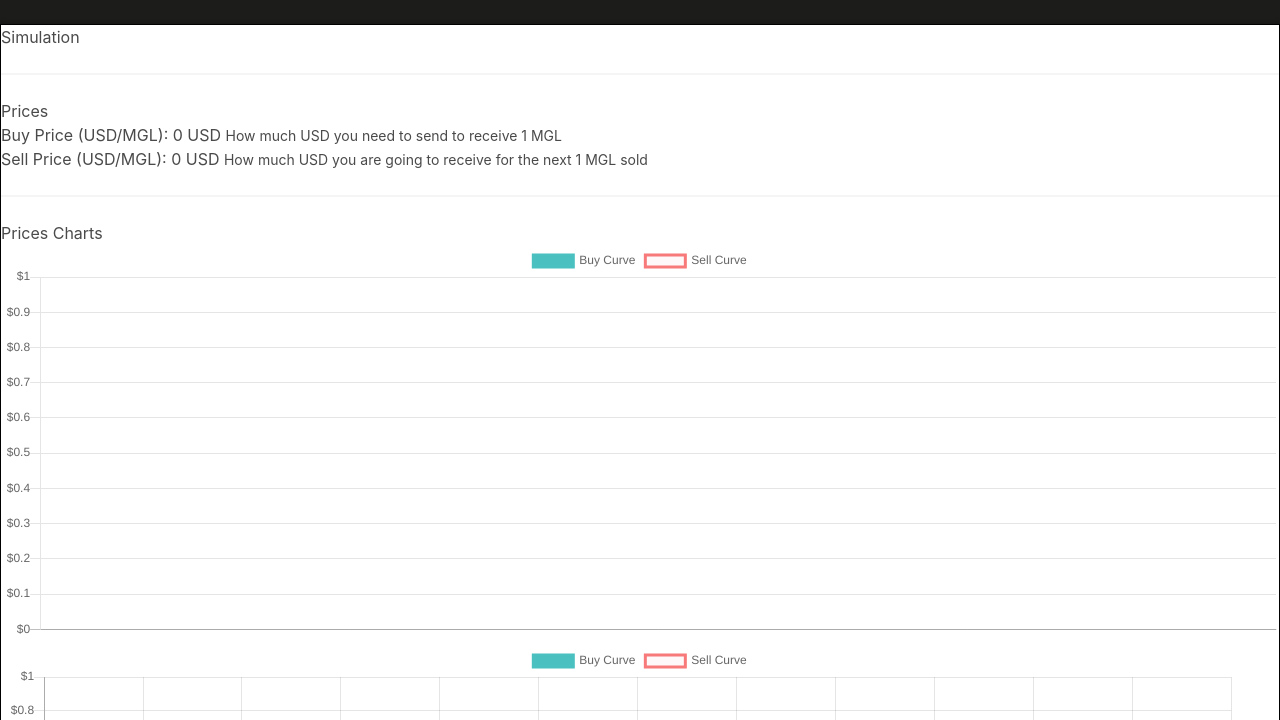
Repository: Fletch153/mogul-simulator
Page: /
An editor plug-in stored every save of this project. The page is shown before and after the next save, followed by the edit.
The browser window is 1280 px wide. The pictures show the whole page.
The project was rebuilt for these pictures with package versions that can differ from the ones it lists, and the page was loaded fresh each time.

Above is the page before, as saved 2019-11-27 11:07:37.

After the next save:
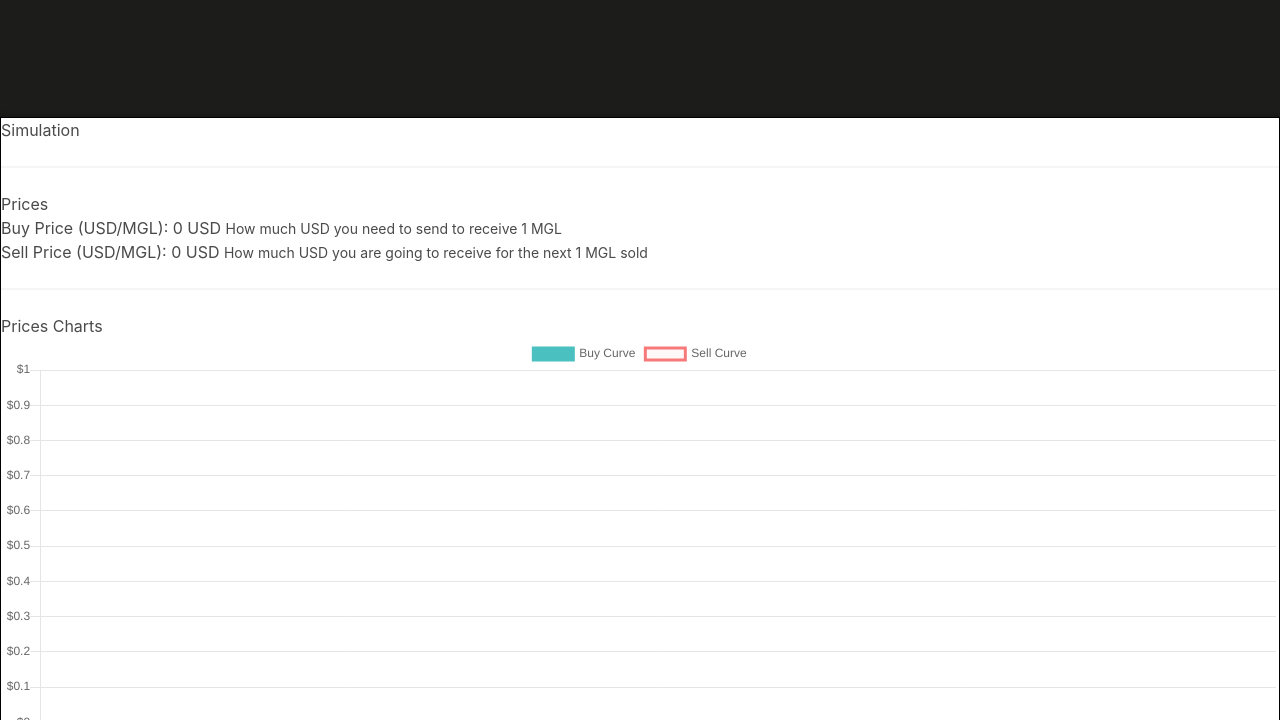
Saved 58 s later.
--- a/src/components/Simulator.vue
+++ b/src/components/Simulator.vue
@@ -745,6 +745,9 @@ export default Vue.extend({
 
 <!-- Add "scoped" attribute to limit CSS to this component only -->
 <style scoped lang="less">
+header {
+  height: 93px;
+}
 .box-shadow(...) {
   -webkit-box-shadow: @arguments;
   -moz-box-shadow: @arguments;
